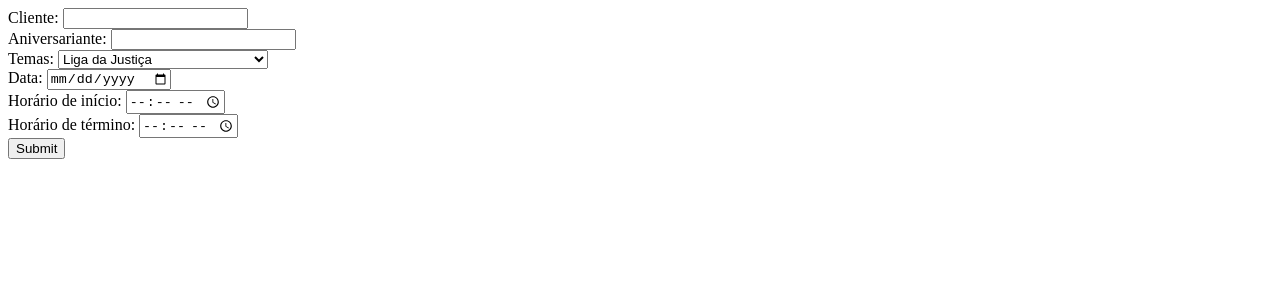
Repository: brunoduarteads/servlets
Page: gerenciador/WebContent/formularioCadastro.html
These files come from the project's save history. The page is drawn as it stood at one moment and after the next save; the edit follows.
The browser window is 1280 px wide. The pictures show the whole page.

Above is the page before, as saved 2020-04-13 18:28:16.

### gerenciador/WebContent/formularioCadastro.html
<!DOCTYPE html>
<html>
<head>
<meta charset="UTF-8">
<title>Cadastro de Festa</title>
</head>
<body>

<form action="/gerenciador/cadastroFesta" method="post" >
   <div>
    Cliente: <input type="text" name="nome" />
    </div> <div>
    Aniversariante: <input type="text" name="aniversariante" />
    </div><div>
    Temas: <select> <optgroup label="Masculinos">
     <option>Liga da Justiça</option>
     <option>Ben 10</option>
     <option>Vindadores</option>
     <option>KND</option>
     <option>Jaspion</option>
     <option>Changerman</option>
     <option>Power Rangers</option>
     <option>National Kid</option>
     <option>Corrida Maluca</option>

     </optgroup>
     <optgroup label="Femininos">
     <option>A bela e a fera</option>
     <option>Barbie</option>
     <option>Juniper Lee</option>
     <option>As meninas super poderosas</option>
     <option>Mulan</option>
     <option>Peppa Pig</option>
     <option>Clube das Winx</option>

     </optgroup>  </select>

    </div> <div>
    Data: <input type="date" name="data" />

    </div><div>
    Horário de início: <input type="time" name="horario_inicio" />

    </div><div>
    Horário de término: <input type="time" name="horario_termino" />

    </div>

    <input type="submit" name="Cadastrar Festa"  />

</form>

</body>
</html>

After the next save:
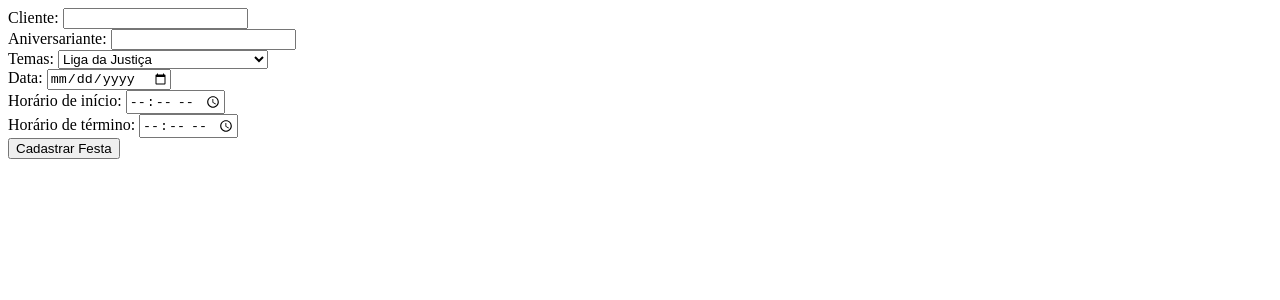
Saved 66 s later.
--- a/gerenciador/WebContent/formularioCadastro.html
+++ b/gerenciador/WebContent/formularioCadastro.html
@@ -46,7 +46,7 @@
 
     </div>
 
-    <input type="submit" name="Cadastrar Festa"  />
+    <input type="submit" name="acao" value="Cadastrar Festa" />
 
 </form>
 
